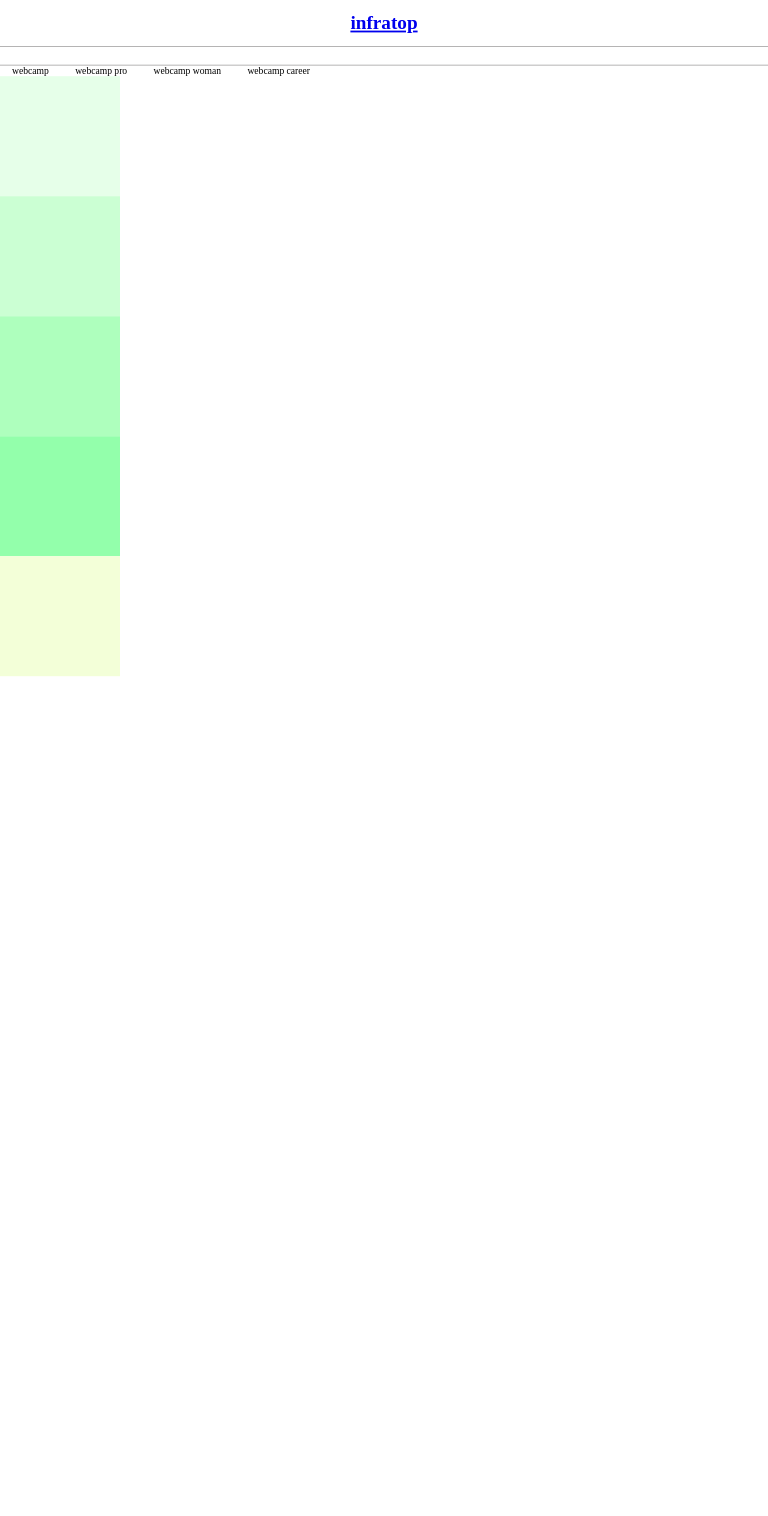
Repository: NANAKUNITA/chapter10
Page: chapter5/chapter5.html
The author's editor kept a record of every edit. The page is drawn from the files as they stood at one moment, then again after the next edit.
The browser window is 1280 px wide. The pictures show the whole page, at 60% of full size.

Above is the page before.

After the next edit:
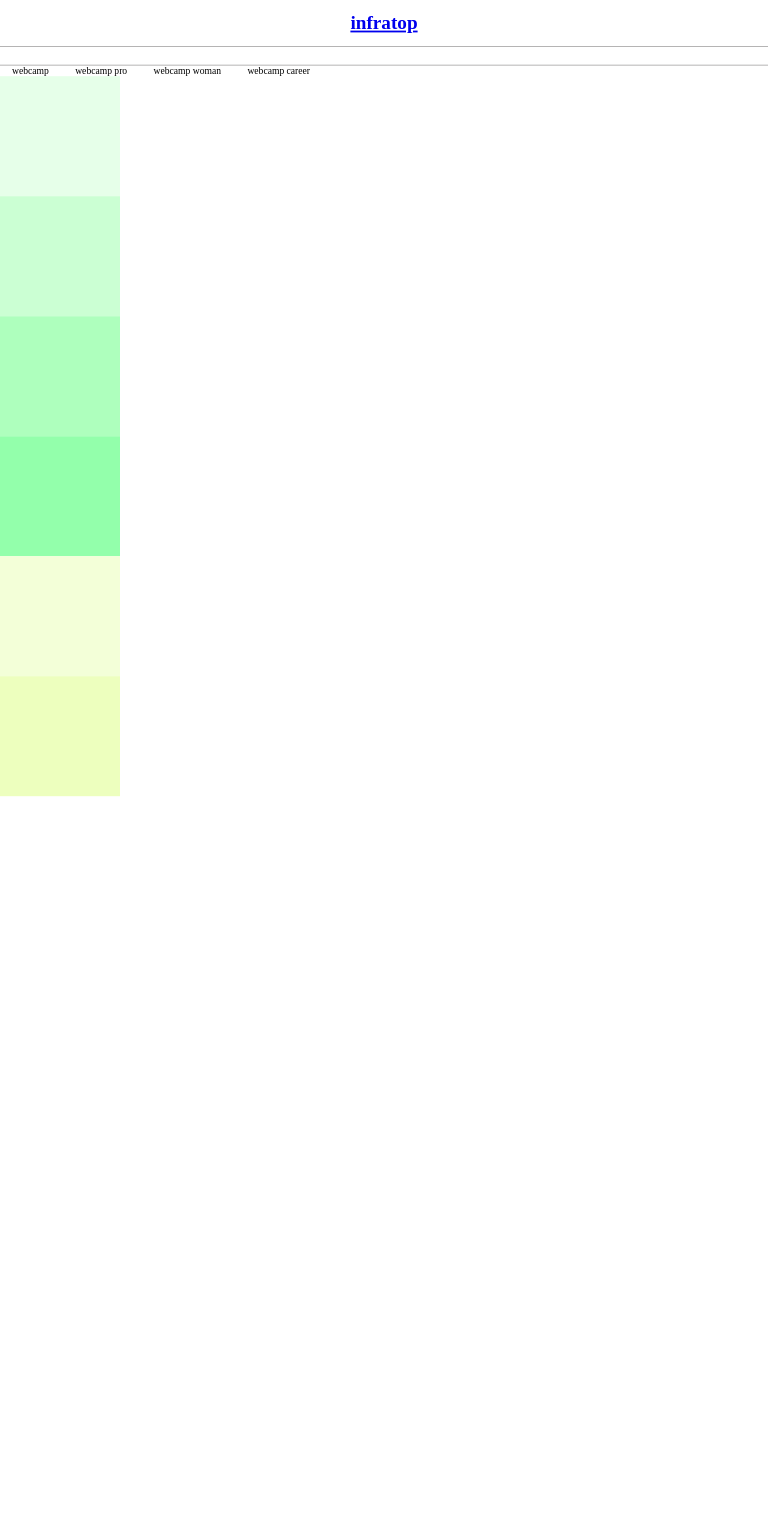
The edit:
--- a/chapter5/chapter5.css
+++ b/chapter5/chapter5.css
@@ -64,7 +64,7 @@
 .box6{
   width: 200px;
   height: 200px;
-  background-color: ;
+  background-color: #edffbe;
 }
 
 .box7{
